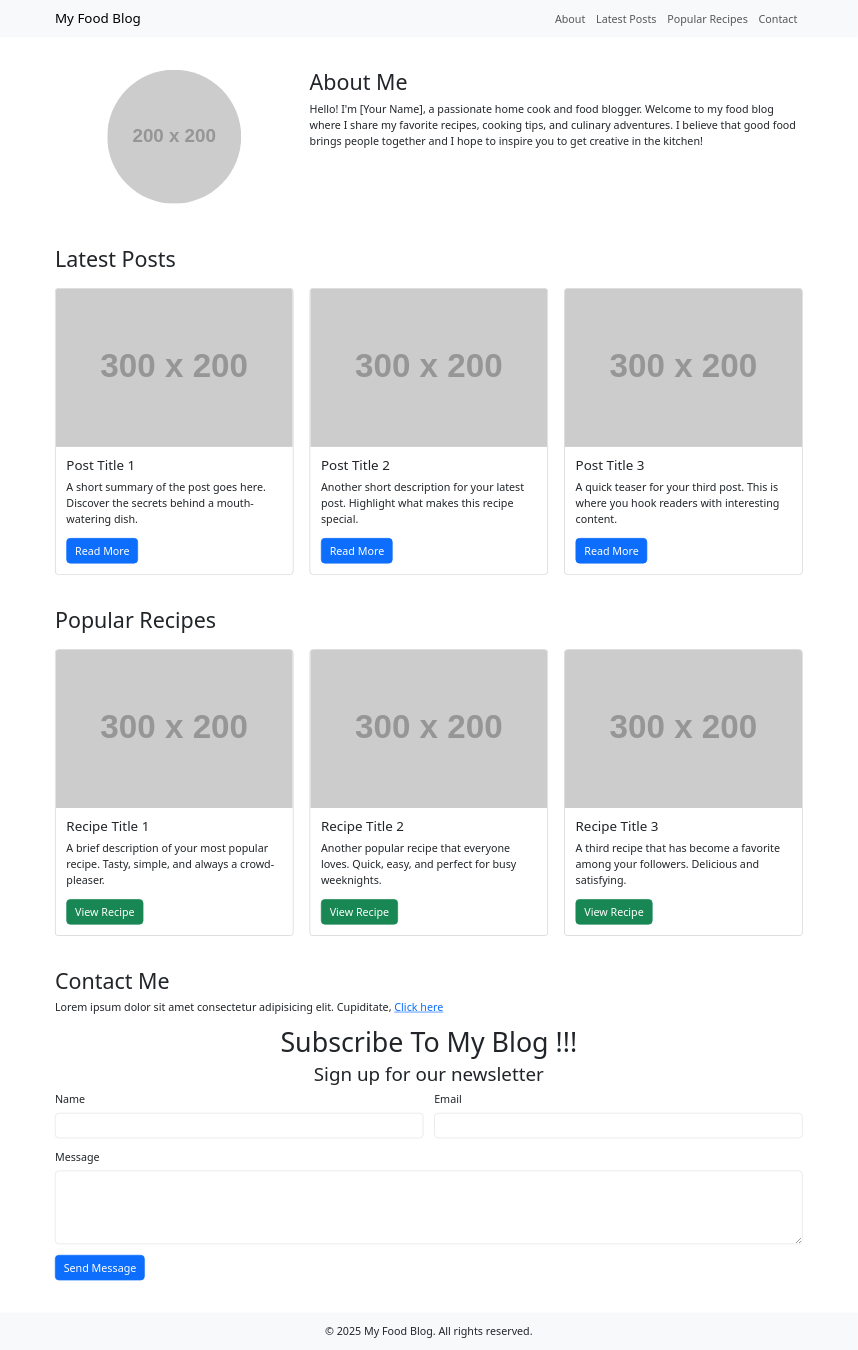
Repository: arunyerram/Web-TEChnologies
Page: 15.03.2025.html
An editor plug-in stored every save of this project. The page is shown before and after the next save, followed by the edit.
The browser window is 1280 px wide. The pictures show the whole page, at 67% of full size.

Above is the page before, as saved 2025-03-19 11:24:08.

### 15.03.2025.html
<!DOCTYPE html>
<html lang="en">
<head>
  <meta charset="UTF-8" />
  <meta name="viewport" content="width=device-width, initial-scale=1" />
  <title>My Food Blog</title>
  <!-- Bootstrap 5 CSS -->
  <link
    href="https://cdn.jsdelivr.net/npm/bootstrap@5.3.0/dist/css/bootstrap.min.css"
    rel="stylesheet"
  />
</head>
<body>

  <!-- ======= Header / Navbar ======= -->
  <header>
    <nav class="navbar navbar-expand-lg navbar-light bg-light">
      <div class="container">
        <a class="navbar-brand" href="#">My Food Blog</a>
        <button
          class="navbar-toggler"
          type="button"
          data-bs-toggle="collapse"
          data-bs-target="#navbarSupportedContent"
          aria-controls="navbarSupportedContent"
          aria-expanded="false"
          aria-label="Toggle navigation"
        >
          <span class="navbar-toggler-icon"></span>
        </button>

        <div class="collapse navbar-collapse" id="navbarSupportedContent">
          <ul class="navbar-nav ms-auto mb-2 mb-lg-0">
            <li class="nav-item">
              <a class="nav-link" href="#about">About</a>
            </li>
            <li class="nav-item">
              <a class="nav-link" href="#latest-posts">Latest Posts</a>
            </li>
            <li class="nav-item">
              <a class="nav-link" href="#popular-recipes">Popular Recipes</a>
            </li>
            <li class="nav-item">
              <a class="nav-link" href="#contact">Contact</a>
            </li>
          </ul>
        </div>
      </div>
    </nav>
  </header>

  <!-- ======= Main Content ======= -->
  <main class="container my-5">

    <!-- About Section -->
    <section id="about" class="mb-5">
      <div class="row">
        <div class="col-md-4 text-center">
          <!-- Replace with your own image -->
          <img
            src="https://via.placeholder.com/200"
            alt="Author"
            class="img-fluid rounded-circle mb-3"
          />
        </div>
        <div class="col-md-8">
          <h2>About Me</h2>
          <p>
            Hello! I'm [Your Name], a passionate home cook and food blogger.
            Welcome to my food blog where I share my favorite recipes,
            cooking tips, and culinary adventures. I believe that good food
            brings people together and I hope to inspire you to get creative
            in the kitchen!
          </p>
        </div>
      </div>
    </section>

    <!-- Latest Blog Posts -->
    <section id="latest-posts" class="mb-5">
      <h2 class="mb-4">Latest Posts</h2>
      <div class="row row-cols-1 row-cols-md-3 g-4">
        <!-- Card 1 -->
        <div class="col">
          <div class="card">
            <img
              src="https://via.placeholder.com/300x200"
              class="card-img-top"
              alt="Post Image 1"
            />
            <div class="card-body">
              <h5 class="card-title">Post Title 1</h5>
              <p class="card-text">
                A short summary of the post goes here. Discover the secrets
                behind a mouth-watering dish.
              </p>
              <a href="#" class="btn btn-primary">Read More</a>
            </div>
          </div>
        </div>
        <!-- Card 2 -->
        <div class="col">
          <div class="card">
            <img
              src="https://via.placeholder.com/300x200"
              class="card-img-top"
              alt="Post Image 2"
            />
            <div class="card-body">
              <h5 class="card-title">Post Title 2</h5>
              <p class="card-text">
                Another short description for your latest post. Highlight
                what makes this recipe special.
              </p>
              <a href="#" class="btn btn-primary">Read More</a>
            </div>
          </div>
        </div>
        <!-- Card 3 -->
        <div class="col">
          <div class="card">
            <img
              src="https://via.placeholder.com/300x200"
              class="card-img-top"
              alt="Post Image 3"
            />
            <div class="card-body">
              <h5 class="card-title">Post Title 3</h5>
              <p class="card-text">
                A quick teaser for your third post. This is where you hook
                readers with interesting content.
              </p>
              <a href="#" class="btn btn-primary">Read More</a>
            </div>
          </div>
        </div>
      </div>
    </section>

    <!-- Popular Recipes -->
    <section id="popular-recipes" class="mb-5">
      <h2 class="mb-4">Popular Recipes</h2>
      <div class="row row-cols-1 row-cols-md-3 g-4">
        <!-- Recipe Card 1 -->
        <div class="col">
          <div class="card">
            <img
              src="https://via.placeholder.com/300x200"
              class="card-img-top"
              alt="Recipe Image 1"
            />
            <div class="card-body">
              <h5 class="card-title">Recipe Title 1</h5>
              <p class="card-text">
                A brief description of your most popular recipe. Tasty,
                simple, and always a crowd-pleaser.
              </p>
              <a href="#" class="btn btn-success">View Recipe</a>
            </div>
          </div>
        </div>
        <!-- Recipe Card 2 -->
        <div class="col">
          <div class="card">
            <img
              src="https://via.placeholder.com/300x200"
              class="card-img-top"
              alt="Recipe Image 2"
            />
            <div class="card-body">
              <h5 class="card-title">Recipe Title 2</h5>
              <p class="card-text">
                Another popular recipe that everyone loves. Quick, easy, and
                perfect for busy weeknights.
              </p>
              <a href="#" class="btn btn-success">View Recipe</a>
            </div>
          </div>
        </div>
        <!-- Recipe Card 3 -->
        <div class="col">
          <div class="card">
            <img
              src="https://via.placeholder.com/300x200"
              class="card-img-top"
              alt="Recipe Image 3"
            />
            <div class="card-body">
              <h5 class="card-title">Recipe Title 3</h5>
              <p class="card-text">
                A third recipe that has become a favorite among your
                followers. Delicious and satisfying.
              </p>
              <a href="#" class="btn btn-success">View Recipe</a>
            </div>
          </div>
        </div>
      </div>
    </section>

    <!-- Contact Section -->
    <section id="contact">
      <h2 >Contact Me</h2>
      <p>Lorem ipsum dolor sit amet consectetur adipisicing elit. Cupiditate, <a href="#">Click here</a></p>
    </section>


    <section>
      <h1 style="text-align : center"> Subscribe To My Blog !!!</h1>
      <h3 style="text-align : center">Sign up for our newsletter</h3>
      <form class="row g-3 needs-validation" novalidate>
        <div class="col-md-6">
          <label for="name" class="form-label">Name</label>
          <input
            type="text"
            class="form-control"
            id="name"
            required
          />
          <div class="invalid-feedback">
            Please provide your name.
          </div>
        </div>
        <div class="col-md-6">
          <label for="email" class="form-label">Email</label>
          <input
            type="email"
            class="form-control"
            id="email"
            required
          />
          <div class="invalid-feedback">
            Please provide a valid email address.
          </div>
        </div>
        <div class="col-12">
          <label for="message" class="form-label">Message</label>
          <textarea
            class="form-control"
            id="message"
            rows="4"
            required
          ></textarea>
          <div class="invalid-feedback">
            Please enter your message.
          </div>
        </div>
        <div class="col-12">
          <button class="btn btn-primary" type="submit">Send Message</button>
        </div>
      </form>
    </section>

  </main>

  <!-- ======= Footer ======= -->
  <footer class="bg-light text-center py-3">
    <p class="mb-0">&copy; 2025 My Food Blog. All rights reserved.</p>
  </footer>

  <!-- Bootstrap 5 JS (Popper + Bootstrap) -->
  <script
    src="https://cdn.jsdelivr.net/npm/bootstrap@5.3.0/dist/js/bootstrap.bundle.min.js"
  ></script>

  <!-- Form Validation Script -->
  <script>
    (function () {
      'use strict';
      const forms = document.querySelectorAll('.needs-validation');
      Array.prototype.slice.call(forms).forEach(function (form) {
        form.addEventListener('submit', function (event) {
          if (!form.checkValidity()) {
            event.preventDefault();
            event.stopPropagation();
          }
          form.classList.add('was-validated');
        }, false);
      });
    })();
  </script>
</body>
</html>

After the next save:
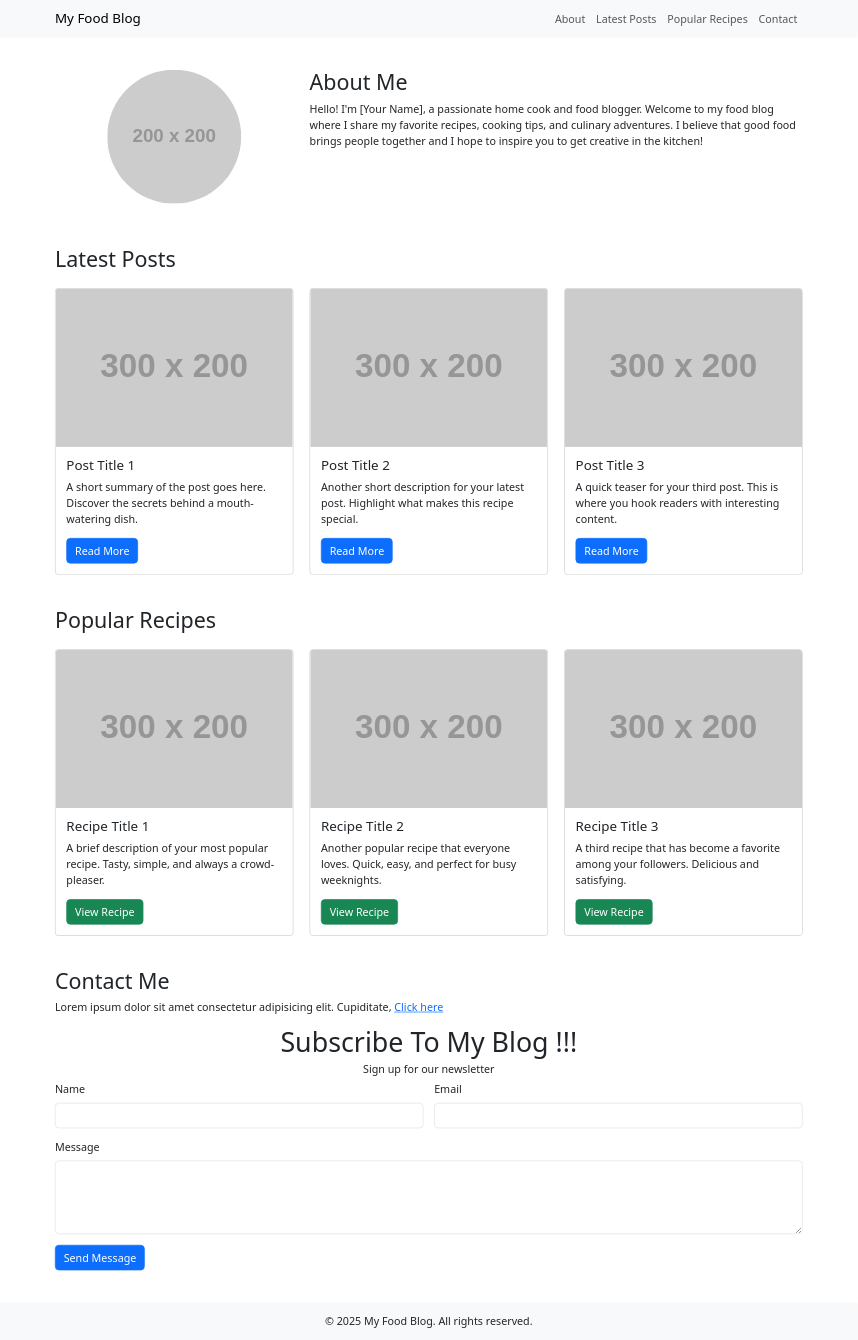
Saved 4 s later.
--- a/15.03.2025.html
+++ b/15.03.2025.html
@@ -207,7 +207,7 @@
 
     <section>
       <h1 style="text-align : center"> Subscribe To My Blog !!!</h1>
-      <h3 style="text-align : center">Sign up for our newsletter</h3>
+      <h6 style="text-align : center">Sign up for our newsletter</h6>
       <form class="row g-3 needs-validation" novalidate>
         <div class="col-md-6">
           <label for="name" class="form-label">Name</label>
